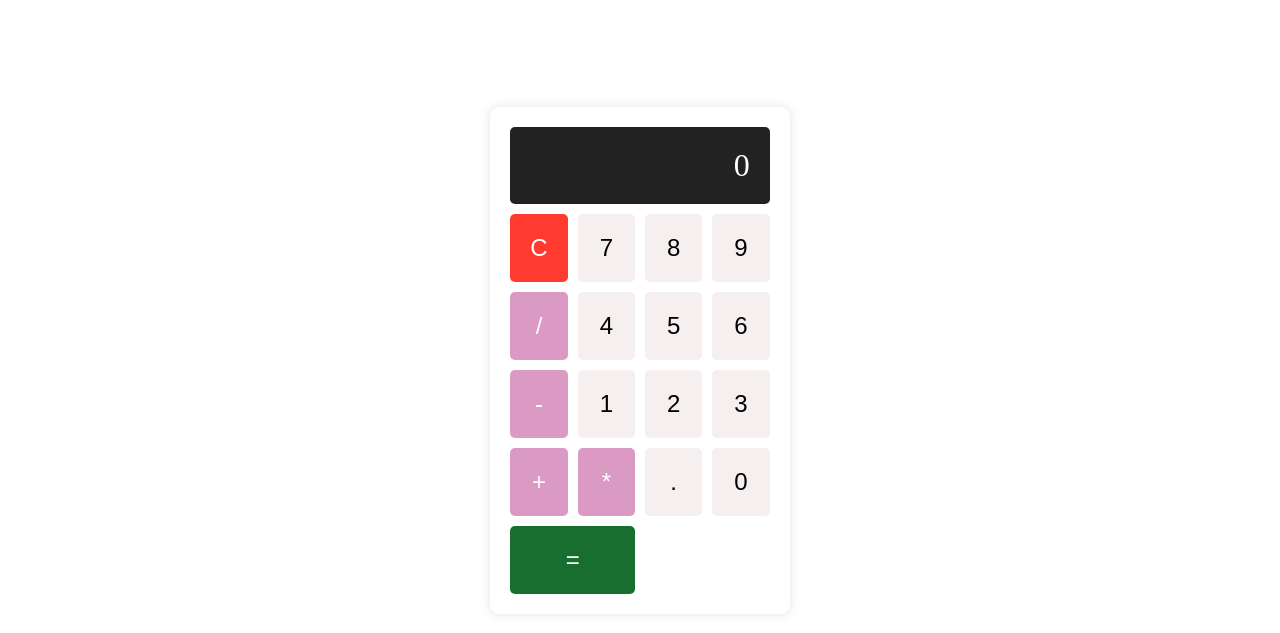
Repository: alizey12/calculator
Page: index.html
These files come from the project's save history. The page is drawn as it stood at one moment and after the next save; the edit follows.
The browser window is 1280 px wide. The pictures show the whole page.

Above is the page before, as saved 2024-11-23 20:27:15.

### index.html
<!DOCTYPE html>
<html lang="en">
<head>
    <meta charset="UTF-8">
    <meta name="viewport" content="width=device-width, initial-scale=1.0">
    <title>Document</title>
    <link rel="stylesheet" href="styles.css">
</head>
<body>
 <div class="calculator">
            <div class="display" id="display">0</div>
            <div class="buttons">


                <button class="btn"  id="clear">C</button>
                <button onclick="appendValue('7')"  class="btn">7</button>
                <button onclick="appendValue('8')"  class="btn">8</button>
                <button onclick="appendValue('9')" class="btn">9</button>
                <button onclick="operate('/')" class="btn operator">/</button>
                <button onclick="appendValue('4')" class="btn">4</button>
                <button onclick="appendValue('5')" class="btn">5</button>
                <button onclick="appendValue('6')" class="btn">6</button>
                <button onclick="operate('-')" class="btn operator">-</button>
                <button onclick="appendValue('1')" class="btn">1</button>
                <button onclick="appendValue('2')" class="btn">2</button>
                <button onclick="appendValue('3')" class="btn">3</button>
                <button onclick="operate('+')" class="btn operator">+</button>
                <button onclick="operate('*')" class="btn operator">*</button>
                <button  onclick="appendValue('.')" class="btn">.</button>
                <button onclick="appendValue('0')" class="btn">0</button>
                <button class="btn operator" id="equals">=</button>


            </div>


        </div>


    <script src="script.js"></script>

</body>
</html>

### styles.css
body {
    display: flex;
    justify-content: center;
    align-items: center;
    height: 100vh;
    background-color: #ffffff;
    margin: 0;
}

.calculator {
    border: 1px solid #f3f3f3;
    border-radius: 10px;
    padding: 20px;
    background-color: #fff;
    box-shadow: 0 0 10px rgba(0, 0, 0, 0.1);
}

.display {
    font-size: 2em;
    margin-bottom: 10px;
    padding: 20px;
    background-color: #222;
    color: #fff;
    text-align: right;
    border-radius: 5px;
}


.buttons {
    display: grid;
    grid-template-columns: repeat(4, 1fr);
    gap: 10px;
}

.btn {
    padding: 20px;
    font-size: 1.5em;
    border: none;
    border-radius: 5px;
    background-color: #f5efef;
    cursor: pointer;
}

.btn.operator {
    background-color: #da9ac4;
    color: #fff;
}

.btn#clear {
    background-color: #ff3b30;
    color: #fff;
}

#equals {
    grid-column: span 2;
    background-color: #186e2e;
    color: #fff;
}

### script.js
let displayValue = '';

function appendValue(value) {
    displayValue += value;
    updateDisplay();
}

function operate(operator) {
    displayValue += ` ${operator} `;
    updateDisplay();
}

function clearDisplay() {
    displayValue = '';
    updateDisplay();
}

function calculate() {
    try {
        displayValue = eval(displayValue).toString();
    } catch {
        displayValue = 'Error';
    }
    updateDisplay();
}

function updateDisplay() {
    document.getElementById('display').value = displayValue;
}

After the next save:
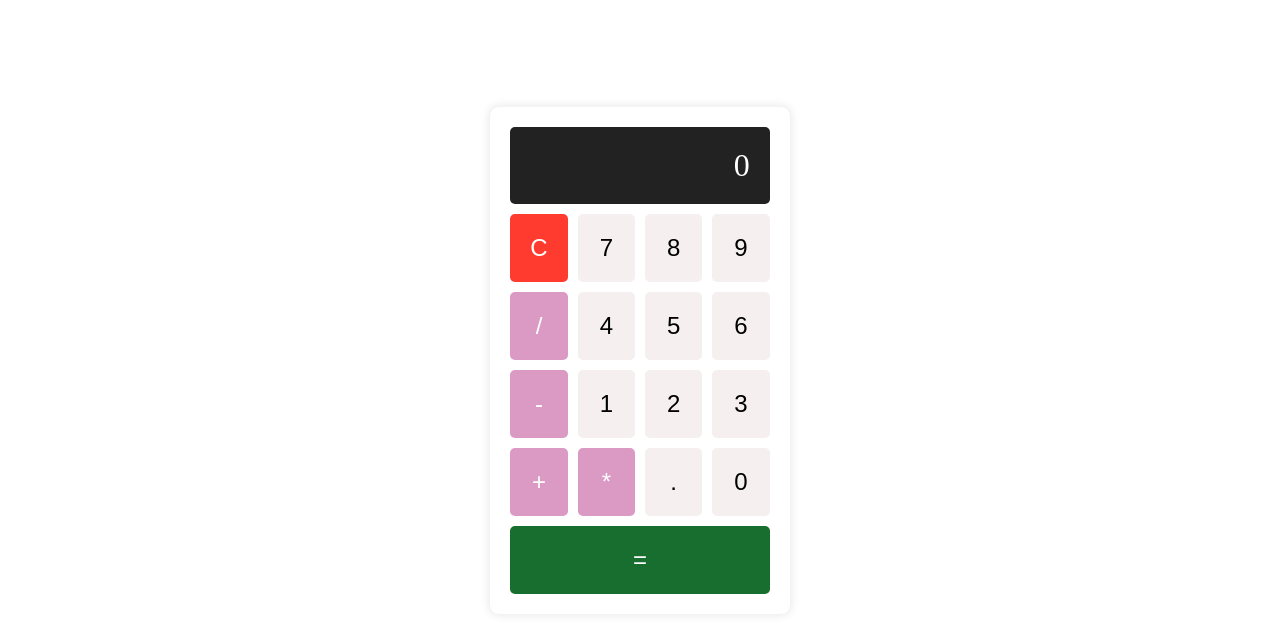
Saved 9 s later.
--- a/styles.css
+++ b/styles.css
@@ -52,7 +52,7 @@ body {
 }
 
 #equals {
-    grid-column: span 2;
+    grid-column: span 4;
     background-color: #186e2e;
     color: #fff;
 }
